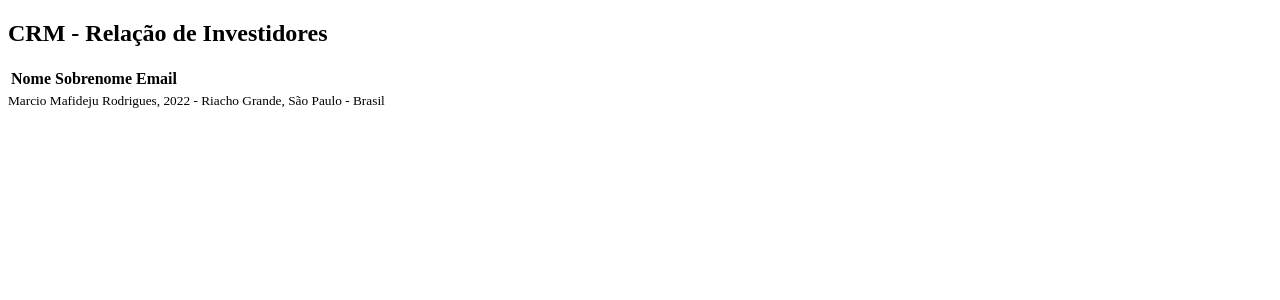
Repository: mafideju/CustomerTracker
Page: http://localhost/web-customer-tracker/WEB-INF/view/list-customers.jsp
The author's editor kept a copy of each file at every save. The page is drawn from the files as they stood at one save, then again after the next save.
The browser window is 1280 px wide. The pictures show the whole page.
The page is served by Tomcat 9. Nobody is signed in. The template is opened directly, without the code that normally fills it, so the values that code supplies are empty.

Above is the page before, as saved 2022-01-21 20:59:50.

After the next save:
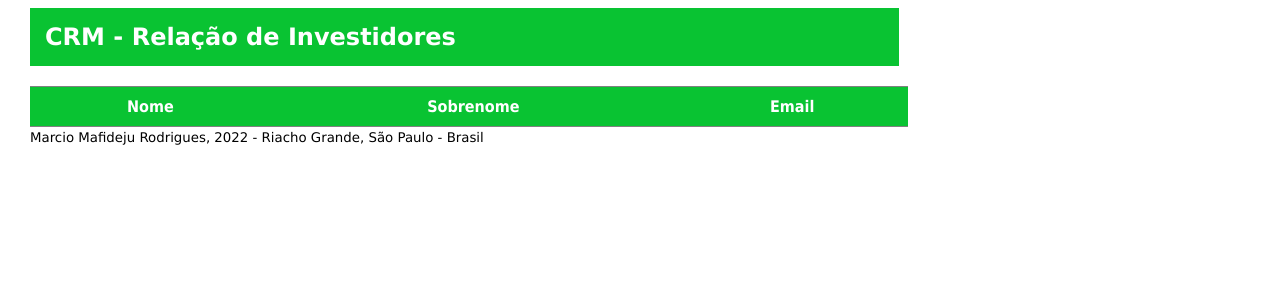
Saved 5 min 52 s later.
--- a/web-customer-tracker/WebContent/WEB-INF/view/list-customers.jsp
+++ b/web-customer-tracker/WebContent/WEB-INF/view/list-customers.jsp
@@ -4,6 +4,7 @@
 <html>
 	<head>
 		<title>Lista de Investidores</title>
+		<link type="text/css" rel="stylesheet" href="${pageContext.request.contextPath}/resources/css/style.css">
 	</head>
 
 	<body>
